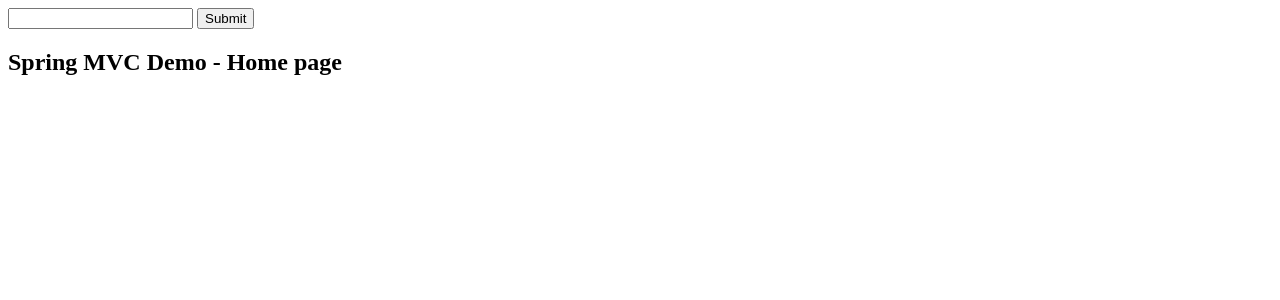
Repository: HoweZZH/spring-mvc-project
Page: http://localhost/spring-mvc-demo/showForm
These files come from the project's save history. The page is drawn as it stood at one moment and after the next save; the edit follows.
The browser window is 1280 px wide. The pictures show the whole page.
The page is served by Tomcat 9.

Above is the page before, as saved 2018-05-06 22:59:59.

After the next save:
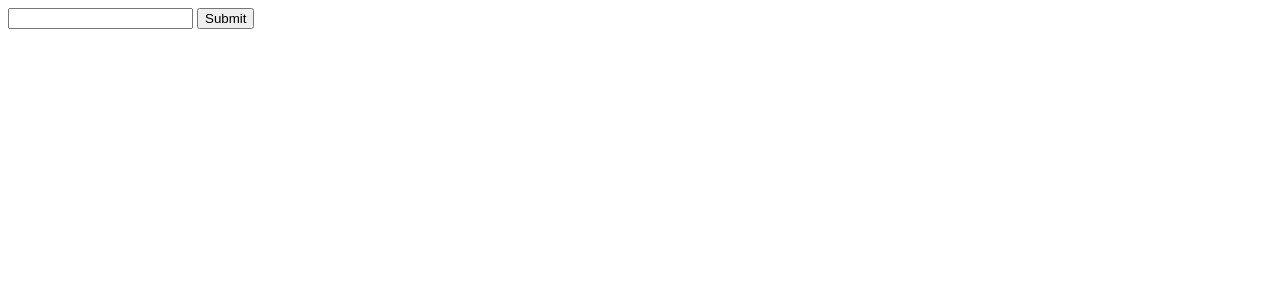
Saved 4 s later.
--- a/spring-mvc-demo/WebContent/WEB-INF/view/helloworld-form.jsp
+++ b/spring-mvc-demo/WebContent/WEB-INF/view/helloworld-form.jsp
@@ -9,7 +9,6 @@
 			palceholder="what's your name?"/>
 		<input type="submit"/>
 	</form>
-<h2>Spring MVC Demo - Home page</h2>
 
 </body>
 
